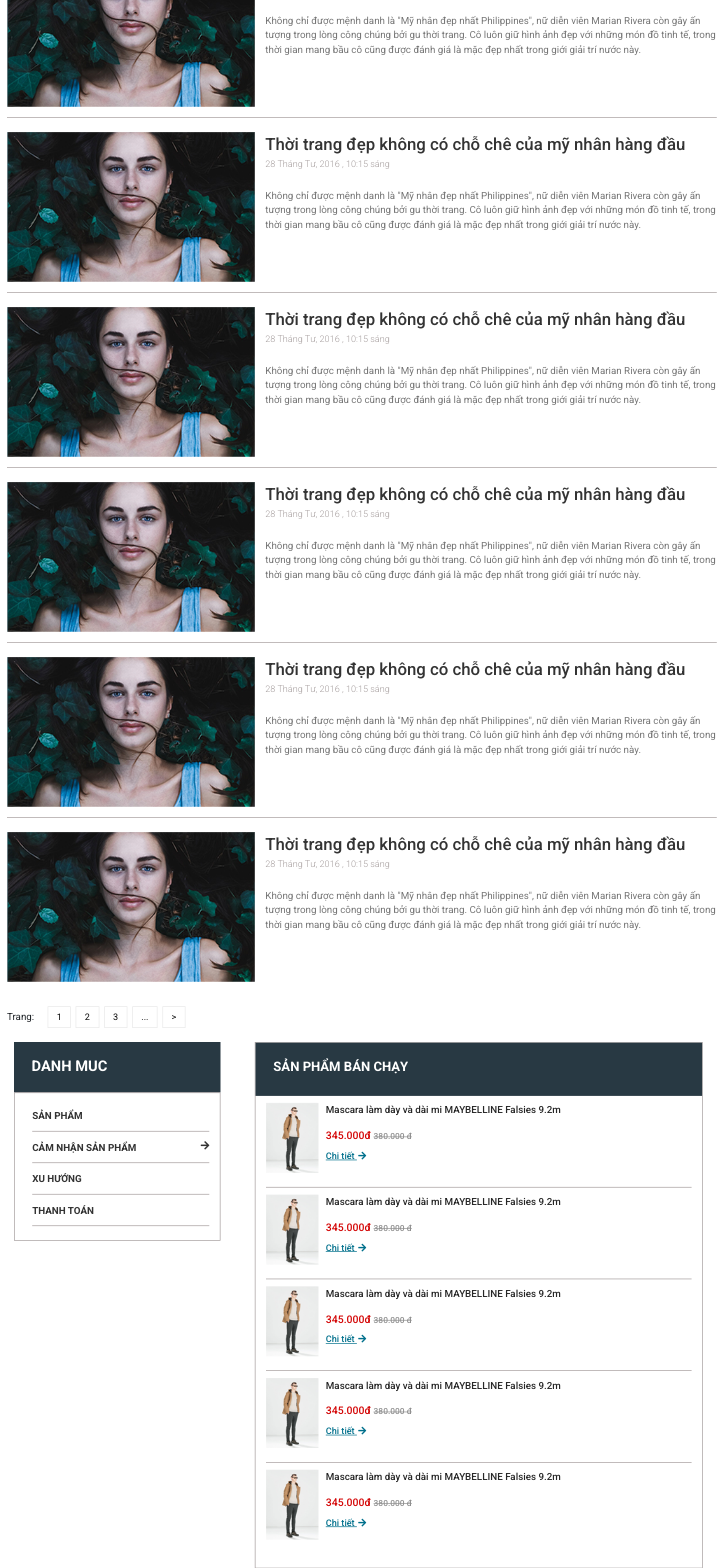
Repository: vinhtk0209/Vietsoz-reponsive
Page: index.html
An editor plug-in stored every save of this project. The page is shown before and after the next save, followed by the edit.
The browser window is 1024 px wide. The pictures show the part of the page from y = 772 to 3012 px (the page is 3012 px tall), at 70% of full size.

Above is the page before, as saved 2021-10-24 16:21:33.

### index.html
<!DOCTYPE html>
<html lang="en">
  <head>
    <meta charset="UTF-8" />
    <meta http-equiv="X-UA-Compatible" content="IE=edge" />
    <meta name="viewport" content="width=device-width, initial-scale=1.0" />
    <link rel="stylesheet" href="assets/css/reset.css" />
    <link rel="stylesheet" href="assets/css/global.css" />
    <link rel="stylesheet" href="assets/css/main.css" />
    <link rel="stylesheet" href="assets/fontawesome/css/all.css" />
    <link rel="stylesheet" href="assets/css/reponsive.css" />
    <link rel="preconnect" href="https://fonts.googleapis.com" />
    <link rel="preconnect" href="https://fonts.gstatic.com" crossorigin />
    <link
      href="https://fonts.googleapis.com/css2?family=Roboto:ital,wght@0,100;0,300;0,400;0,500;0,700;0,900;1,100;1,300;1,400;1,500;1,700;1,900&display=swap"
      rel="stylesheet"
    />
    <link rel="preconnect" href="https://fonts.googleapis.com" />
    <link rel="preconnect" href="https://fonts.gstatic.com" crossorigin />
    <link
      href="https://fonts.googleapis.com/css2?family=Roboto+Condensed:ital,wght@0,300;0,400;0,700;1,300;1,400;1,700&display=swap"
      rel="stylesheet"
    />
    <div id="fb-root"></div>
    <script
      async
      defer
      crossorigin="anonymous"
      src="https://connect.facebook.net/vi_VN/sdk.js#xfbml=1&version=v11.0"
      nonce="ecJjSUD8"
    ></script>
    <script
      src="https://code.jquery.com/jquery-3.6.0.js"
      integrity="sha256-H+K7U5CnXl1h5ywQfKtSj8PCmoN9aaq30gDh27Xc0jk="
      crossorigin="anonymous"
    ></script>
    <title>VIESOZ</title>
  </head>

  <body>
    <!-- wrapper starts -->
    <div class="wrapper">
      <!-- header starts -->
      <header class="header">
        <div class="container">
          <div
            class="wp-header-top d-flex align-i-center justify-content-between"
          >
            <div class="header-banner">
              <img src="assets/images/logo.png" alt="" />
            </div>
            <nav class="header-main-menu">
              <ul class="d-flex main-menu">
                <li><a href="">trang chủ</a></li>
                <li><a href="">về chúng tôi</a></li>
                <li class="product-have-menu">
                  <a href=""
                    >sản phẩm
                    <span class="arrow-down"
                      ><i class="fas fa-chevron-down"></i></span
                  ></a>
                </li>

                <li><a href="">xu hướng</a></li>
                <li><a href="">thanh toán</a></li>
                <li><a href="">liên hệ</a></li>
              </ul>
            </nav>
            <nav class="header-main-menu reponsive">
              <ul class="main-menu sub">
                <li><a href="">trang chủ</a></li>
                <li><a href="">về chúng tôi</a></li>
                <li class="product-have-menu">
                  <a href="">sản phẩm </a>
                </li>

                <li><a href="">xu hướng</a></li>
                <li><a href="">thanh toán</a></li>
                <li><a href="">liên hệ</a></li>
              </ul>
            </nav>
            <ul class="icon-menu d-flex">
              <li>
                <a href=""
                  ><span class="search"><i class="fas fa-search"></i></span
                ></a>
              </li>
              <li>
                <a href="" class="shopping-cart"
                  ><span class="icon-cart"
                    ><i class="fas fa-shopping-bag"></i></span
                ></a>
              </li>
            </ul>
            <div class="nav-bar">
              <i class="fas fa-bars"></i>
            </div>
          </div>
        </div>
        <div class="wp-head-extra-menu">
          <ul class="list-menu-header-extra d-flex container">
            <li>
              <a href="">
                <span class="home-icon">
                  <i class="fas fa-home"></i>
                </span>
              </a>
            </li>

            <li class="home-text">
              <a href="">trang chủ</a>
            </li>
            <li>
              <a href="">
                <span class="arrow-righ">
                  <i class="fas fa-arrow-right"></i>
                </span>
              </a>
            </li>
            <li class="trend">
              <a href="">Xu hướng</a>
            </li>
          </ul>
        </div>
      </header>
      <!-- header ends -->

      <!-- content starts -->
      <div id="content">
        <!-- wp-content starts -->
        <div class="container d-flex justify-content-between box-content">
          <div class="wp-content-news">
            <ul class="list-news">
              <li>
                <div class="image-news">
                  <a href="">
                    <img src="assets/images/photo-92222.png" alt="" />
                  </a>
                </div>
                <div class="more-info">
                  <a href="" class="title"
                    >Thời trang đẹp không có chỗ chê của mỹ nhân hàng đầu
                  </a>
                  <p class="date">28 Tháng Tư, 2016 , 10:15 sáng</p>
                  <p class="content">
                    Không chỉ được mệnh danh là "Mỹ nhân đẹp nhất Philippines",
                    nữ diễn viên Marian Rivera còn gây ấn tượng trong lòng công
                    chúng bởi gu thời trang. Cô luôn giữ hình ảnh đẹp với những
                    món đồ tinh tế, trong thời gian mang bầu cô cũng được đánh
                    giá là mặc đẹp nhất trong giới giải trí nước này.
                  </p>
                </div>
              </li>
              <li>
                <div class="image-news">
                  <a href="">
                    <img src="assets/images/photo-92222.png" alt="" />
                  </a>
                </div>
                <div class="more-info">
                  <a href="" class="title"
                    >Thời trang đẹp không có chỗ chê của mỹ nhân hàng đầu
                  </a>
                  <p class="date">28 Tháng Tư, 2016 , 10:15 sáng</p>
                  <p class="content">
                    Không chỉ được mệnh danh là "Mỹ nhân đẹp nhất Philippines",
                    nữ diễn viên Marian Rivera còn gây ấn tượng trong lòng công
                    chúng bởi gu thời trang. Cô luôn giữ hình ảnh đẹp với những
                    món đồ tinh tế, trong thời gian mang bầu cô cũng được đánh
                    giá là mặc đẹp nhất trong giới giải trí nước này.
                  </p>
                </div>
              </li>
              <li>
                <div class="image-news">
                  <a href="">
                    <img src="assets/images/photo-92222.png" alt="" />
                  </a>
                </div>
                <div class="more-info">
                  <a href="" class="title"
                    >Thời trang đẹp không có chỗ chê của mỹ nhân hàng đầu
                  </a>
                  <p class="date">28 Tháng Tư, 2016 , 10:15 sáng</p>
                  <p class="content">
                    Không chỉ được mệnh danh là "Mỹ nhân đẹp nhất Philippines",
                    nữ diễn viên Marian Rivera còn gây ấn tượng trong lòng công
                    chúng bởi gu thời trang. Cô luôn giữ hình ảnh đẹp với những
                    món đồ tinh tế, trong thời gian mang bầu cô cũng được đánh
                    giá là mặc đẹp nhất trong giới giải trí nước này.
                  </p>
                </div>
              </li>
              <li>
                <div class="image-news">
                  <a href="">
                    <img src="assets/images/photo-92222.png" alt="" />
                  </a>
                </div>
                <div class="more-info">
                  <a href="" class="title"
                    >Thời trang đẹp không có chỗ chê của mỹ nhân hàng đầu
                  </a>
                  <p class="date">28 Tháng Tư, 2016 , 10:15 sáng</p>
                  <p class="content">
                    Không chỉ được mệnh danh là "Mỹ nhân đẹp nhất Philippines",
                    nữ diễn viên Marian Rivera còn gây ấn tượng trong lòng công
                    chúng bởi gu thời trang. Cô luôn giữ hình ảnh đẹp với những
                    món đồ tinh tế, trong thời gian mang bầu cô cũng được đánh
                    giá là mặc đẹp nhất trong giới giải trí nước này.
                  </p>
                </div>
              </li>
              <li>
                <div class="image-news">
                  <a href="">
                    <img src="assets/images/photo-92222.png" alt="" />
                  </a>
                </div>
                <div class="more-info">
                  <a href="" class="title"
                    >Thời trang đẹp không có chỗ chê của mỹ nhân hàng đầu
                  </a>
                  <p class="date">28 Tháng Tư, 2016 , 10:15 sáng</p>
                  <p class="content">
                    Không chỉ được mệnh danh là "Mỹ nhân đẹp nhất Philippines",
                    nữ diễn viên Marian Rivera còn gây ấn tượng trong lòng công
                    chúng bởi gu thời trang. Cô luôn giữ hình ảnh đẹp với những
                    món đồ tinh tế, trong thời gian mang bầu cô cũng được đánh
                    giá là mặc đẹp nhất trong giới giải trí nước này.
                  </p>
                </div>
              </li>
              <li>
                <div class="image-news">
                  <a href="">
                    <img src="assets/images/photo-92222.png" alt="" />
                  </a>
                </div>
                <div class="more-info">
                  <a href="" class="title"
                    >Thời trang đẹp không có chỗ chê của mỹ nhân hàng đầu
                  </a>
                  <p class="date">28 Tháng Tư, 2016 , 10:15 sáng</p>
                  <p class="content">
                    Không chỉ được mệnh danh là "Mỹ nhân đẹp nhất Philippines",
                    nữ diễn viên Marian Rivera còn gây ấn tượng trong lòng công
                    chúng bởi gu thời trang. Cô luôn giữ hình ảnh đẹp với những
                    món đồ tinh tế, trong thời gian mang bầu cô cũng được đánh
                    giá là mặc đẹp nhất trong giới giải trí nước này.
                  </p>
                </div>
              </li>
              <li>
                <div class="image-news">
                  <a href="">
                    <img src="assets/images/photo-92222.png" alt="" />
                  </a>
                </div>
                <div class="more-info">
                  <a href="" class="title"
                    >Thời trang đẹp không có chỗ chê của mỹ nhân hàng đầu
                  </a>
                  <p class="date">28 Tháng Tư, 2016 , 10:15 sáng</p>
                  <p class="content">
                    Không chỉ được mệnh danh là "Mỹ nhân đẹp nhất Philippines",
                    nữ diễn viên Marian Rivera còn gây ấn tượng trong lòng công
                    chúng bởi gu thời trang. Cô luôn giữ hình ảnh đẹp với những
                    món đồ tinh tế, trong thời gian mang bầu cô cũng được đánh
                    giá là mặc đẹp nhất trong giới giải trí nước này.
                  </p>
                </div>
              </li>
              <li>
                <div class="image-news">
                  <a href="">
                    <img src="assets/images/photo-92222.png" alt="" />
                  </a>
                </div>
                <div class="more-info">
                  <a href="" class="title"
                    >Thời trang đẹp không có chỗ chê của mỹ nhân hàng đầu
                  </a>
                  <p class="date">28 Tháng Tư, 2016 , 10:15 sáng</p>
                  <p class="content">
                    Không chỉ được mệnh danh là "Mỹ nhân đẹp nhất Philippines",
                    nữ diễn viên Marian Rivera còn gây ấn tượng trong lòng công
                    chúng bởi gu thời trang. Cô luôn giữ hình ảnh đẹp với những
                    món đồ tinh tế, trong thời gian mang bầu cô cũng được đánh
                    giá là mặc đẹp nhất trong giới giải trí nước này.
                  </p>
                </div>
              </li>
            </ul>
            <!-- num pages starts -->
            <div class="nums-page">
              <ul class="pages-num d-flex align-i-center">
                <li>trang:</li>
                <li><a href="">1</a></li>
                <li><a href="">2</a></li>
                <li><a href="">3</a></li>
                <li><a href="">...</a></li>
                <li><a href="">></a></li>
              </ul>
            </div>
            <!-- num pages ends -->
        </div>
        <!-- wp-content ends -->

        <!-- sidebar starts -->
        <div class="wp-content-list-caterory">
          <div class="box-caterory">
            <div class="box-title">
              <h3>danh muc</h3>
            </div>
            <div class="box-body">
              <ul>
                <li><a href="">sản phẩm</a></li>
                <li>
                  <a href=""
                    >cảm nhận sản phẩm
                    <span class="arrow-right"
                      ><i class="fas fa-arrow-right"></i></span
                  ></a>
                </li>
                <li><a href="">xu hướng</a></li>
                <li><a href="">thanh toán</a></li>
              </ul>
            </div>
          </div>
          <div class="box-banner">
            <a href="">
              <img src="assets/images/banner-02.png" alt="" />
            </a>
          </div>
          <div class="list-product">
            <div class="box-product">
              <div class="box-title">
                <h3>sản phẩm bán chạy</h3>
              </div>
              <div class="box-body">
                <ul>
                  <li>
                    <div class="image-product">
                      <a href="">
                        <img src="assets/images/Layer_9_copy.png" alt="" />
                      </a>
                    </div>
                    <div class="info-product">
                      <a href="" class="title">
                        Mascara làm dày và dài mi MAYBELLINE Falsies 9.2m
                      </a>
                      <p class="price">
                        345.000đ
                        <span class="discount"><del>380.000 đ</del></span>
                      </p>

                      <a href="" class="details"
                        >Chi tiết
                        <span class="buy-arrow-right"
                          ><i class="fas fa-arrow-right"></i></span
                      ></a>
                    </div>
                  </li>
                  <li>
                    <div class="image-product">
                      <a href="">
                        <img src="assets/images/Layer_9_copy.png" alt="" />
                      </a>
                    </div>
                    <div class="info-product">
                      <a href="" class="title">
                        Mascara làm dày và dài mi MAYBELLINE Falsies 9.2m
                      </a>
                      <p class="price">
                        345.000đ
                        <span class="discount"><del>380.000 đ</del></span>
                      </p>

                      <a href="" class="details"
                        >Chi tiết
                        <span class="buy-arrow-right"
                          ><i class="fas fa-arrow-right"></i></span
                      ></a>
                    </div>
                  </li>
                  <li>
                    <div class="image-product">
                      <a href="">
                        <img src="assets/images/Layer_9_copy.png" alt="" />
                      </a>
                    </div>
                    <div class="info-product">
                      <a href="" class="title">
                        Mascara làm dày và dài mi MAYBELLINE Falsies 9.2m
                      </a>
                      <p class="price">
                        345.000đ
                        <span class="discount"><del>380.000 đ</del></span>
                      </p>

                      <a href="" class="details"
                        >Chi tiết
                        <span class="buy-arrow-right"
                          ><i class="fas fa-arrow-right"></i></span
                      ></a>
                    </div>
                  </li>
                  <li>
                    <div class="image-product">
                      <a href="">
                        <img src="assets/images/Layer_9_copy.png" alt="" />
                      </a>
                    </div>
                    <div class="info-product">
                      <a href="" class="title">
                        Mascara làm dày và dài mi MAYBELLINE Falsies 9.2m
                      </a>
                      <p class="price">
                        345.000đ
                        <span class="discount"><del>380.000 đ</del></span>
                      </p>

                      <a href="" class="details"
                        >Chi tiết
                        <span class="buy-arrow-right"
                          ><i class="fas fa-arrow-right"></i></span
                      ></a>
                    </div>
                  </li>
                  <li>
                    <div class="image-product">
                      <a href="">
                        <img src="assets/images/Layer_9_copy.png" alt="" />
                      </a>
                    </div>
                    <div class="info-product">
                      <a href="" class="title">
                        Mascara làm dày và dài mi MAYBELLINE Falsies 9.2m
                      </a>
                      <p class="price">
                        345.000đ
                        <span class="discount"><del>380.000 đ</del></span>
                      </p>

                      <a href="" class="details"
                        >Chi tiết
                        <span class="buy-arrow-right"
                          ><i class="fas fa-arrow-right"></i></span
                      ></a>
                    </div>
                  </li>
                </ul>
              </div>
            </div>
          </div>
        </div>
      </div>
        <!-- sidebar ends -->
      </div>

      <!-- content ends -->
    </div>
    <!-- wrapper ends -->
    <script src="assets/js/main.js"></script>
  </body>
</html>

### assets/css/reponsive.css
@media screen and (max-width: 1180px) {
    #content .box-content {
        flex-direction: column;
    }
    .wp-content-news{
        margin-bottom: 20px;
    }
    .wp-content-list-caterory {
        display: flex;
        justify-content:space-between;
        padding: 0 20px;
    }
    .wp-content-list-caterory .box-caterory{
       flex-basis: 30%;
    }
    .wp-content-list-caterory .list-product{
        flex-basis: 65%;

    }
    .wp-content-list-caterory .box-banner {
        display: none;

    }
}


@media screen and (max-width: 1040px) {
    nav.header-main-menu {
        display: none;
    }

    .nav-bar {
        display: block;
    }
}

@media screen and (max-width: 768px) {

    .wp-content-news ul.list-news li .more-info p.content,
    .wp-content-news ul.list-news li .more-info p.date {
        display: none;
    }

}

@media screen and (max-width: 530px) {
    .wp-content-news ul.list-news li {
        flex-direction: column;
    }

    .wp-content-news ul.list-news li .more-info {
        padding-right: 120px;
        padding-left: 5px;
    }

}

@media screen and (max-width: 450px) {
    .wp-content-news ul.list-news li .more-info a.title {
        font-size: 15px;
    }

}

Loaded but not shown: assets/fontawesome/css/all.css (library); assets/js/main.js (5 lines, source omitted); assets/css/main.css (438 lines, source omitted); assets/css/reset.css (349 lines, source omitted); assets/css/global.css (86 lines, source omitted)

After the next save:
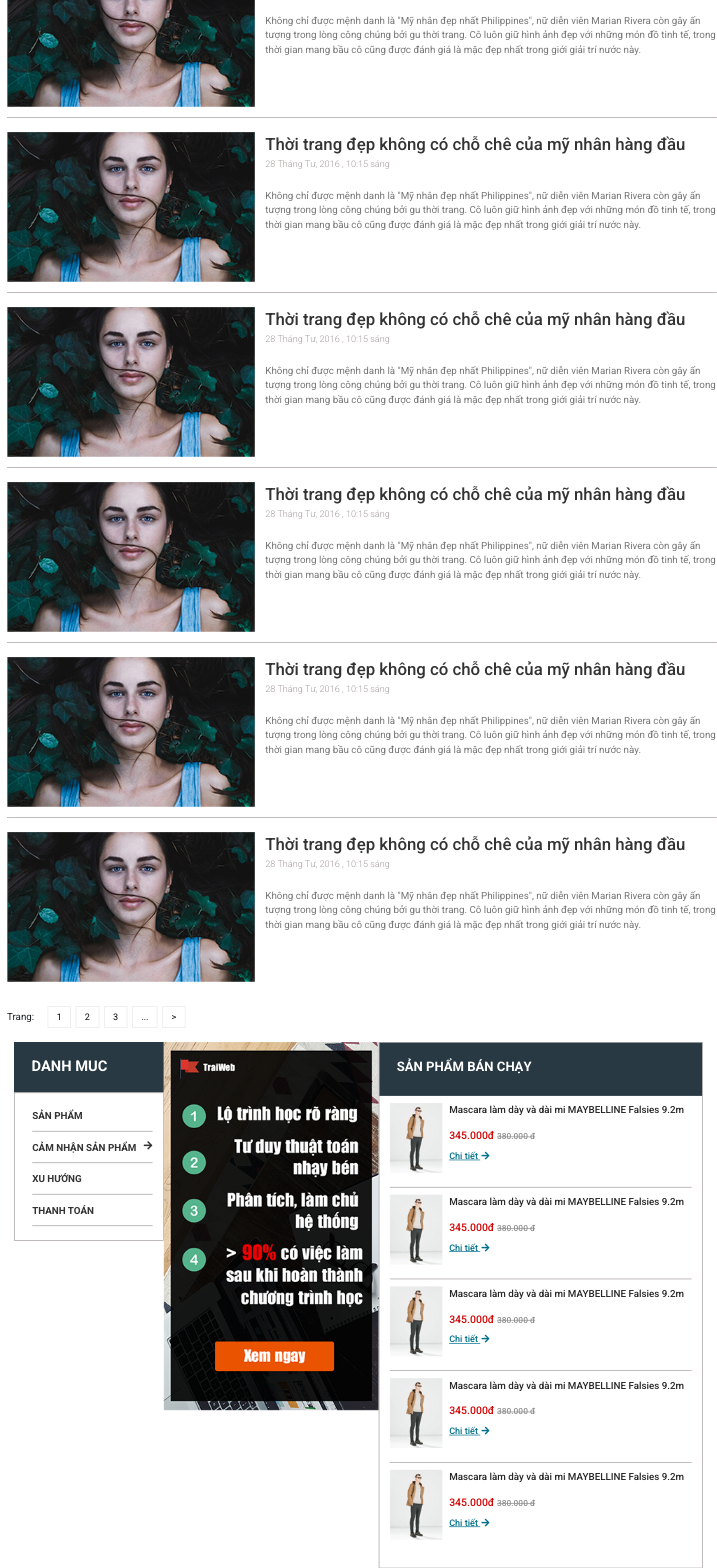
Saved 42 s later.
--- a/assets/css/reponsive.css
+++ b/assets/css/reponsive.css
@@ -17,6 +17,7 @@
         flex-basis: 65%;
 
     }
+    .box-product .box-body ul
     .wp-content-list-caterory .box-banner {
         display: none;
 

After the save that followed:
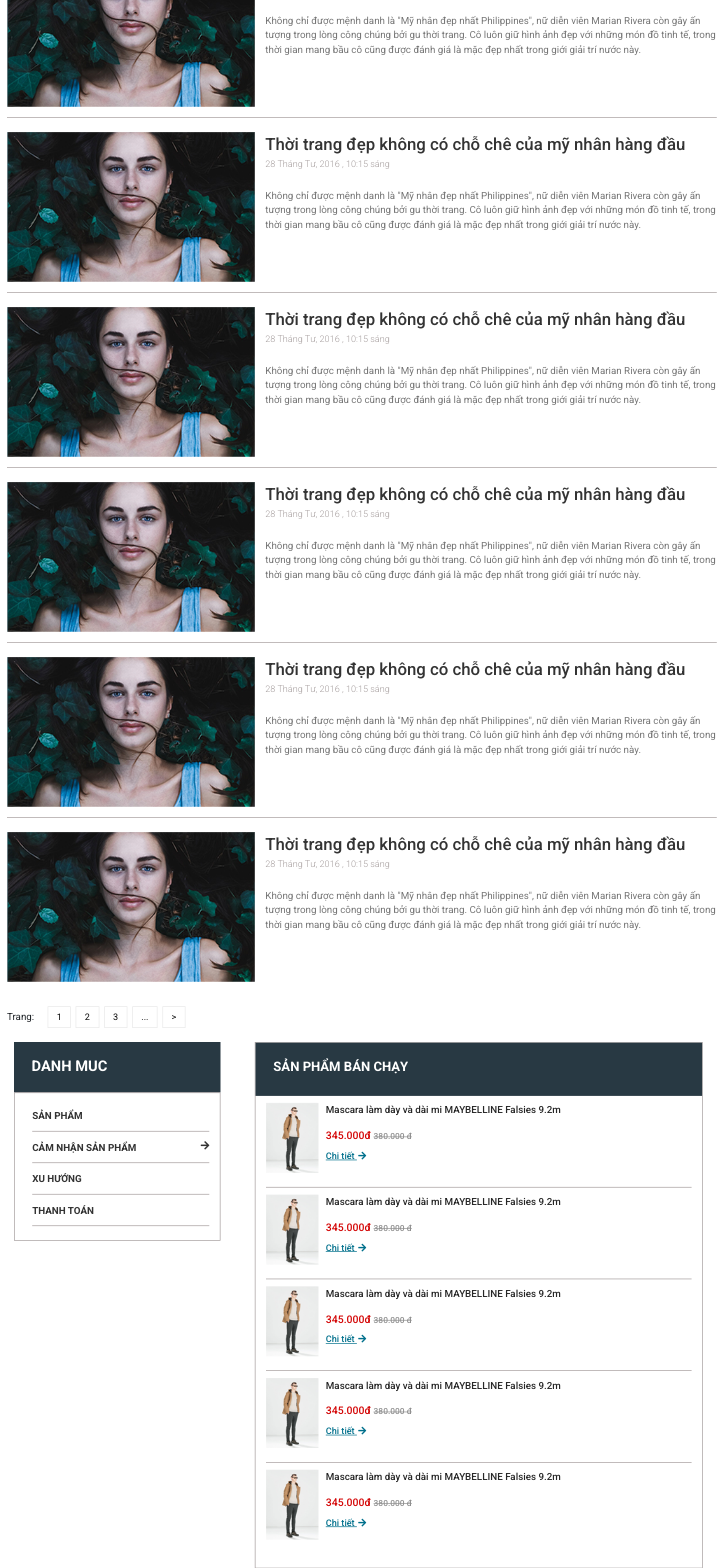
Saved 17 s later.
--- a/assets/css/reponsive.css
+++ b/assets/css/reponsive.css
@@ -17,7 +17,9 @@
         flex-basis: 65%;
 
     }
-    .box-product .box-body ul
+    .box-product .box-body ul {
+
+    }
     .wp-content-list-caterory .box-banner {
         display: none;
 
